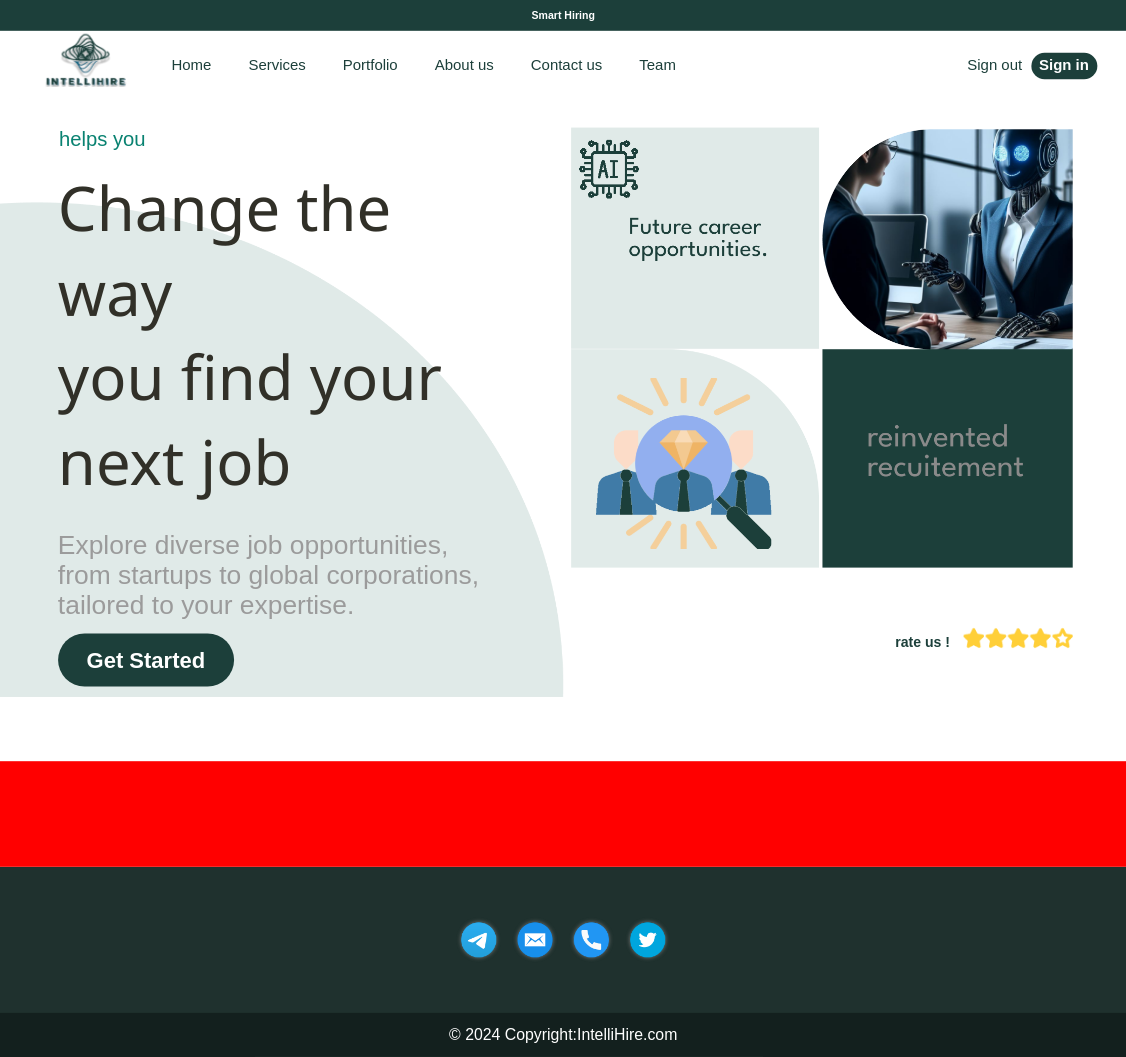
Repository: arijkl/Projet-PFA
Page: HomePage.html
The author's editor kept a copy of each file at every save. The page is drawn from the files as they stood at one save, then again after the next save.
The browser window is 1280 px wide. The pictures show the whole page, at 88% of full size.

Above is the page before, as saved 2024-04-22 00:09:21.

### HomePage.html
<!DOCTYPE html>
<html lang="en">

<head>
    <meta charset="UTF-8" />
    <meta name="viewport" content="width=device-width, initial-scale=1.0" />
    <title>Document</title>
    <link rel="stylesheet" href="HomePage.css" />
</head>

<body>
    <nav class="beforeNav">
        <span>Smart Hiring</span>
    </nav>
    <nav class="navBar">
        <span class="Mainlogo"><img src="Assets/mainlogo.png" alt="" /></span>
        <ul>
            <li><a href="">Home</a></li>
            <li><a href="">Services</a></li>
            <li><a href="">Portfolio</a></li>
            <li><a href="">About us</a></li>
            <li><a href="">Contact us</a></li>
            <li><a href="">Team</a></li>
        </ul>
        <span class="signin-out">
            <a href="">Sign out</a>
            <a href="" class="sign-in">Sign in</a>
        </span>
    </nav>

    <div class="container">

        <div class="left-container">
            <div class="img-container" ></div>
            <span class="hepls-you">helps you</span>

            <h1>
                Change the way <br />
                you find your <br />
                next job
            </h1>
            <span class="paraetbtn">
            <p>
                Explore diverse job opportunities,<br />
                from startups to global corporations,<br />
                tailored to your expertise.
            </p>
            <button class="started-btn">Get Started</button>
            </span>
        </div>
        <div class="right-container">
            <img src="Assets/Home-right-image.png" alt="" class="imgRight" />
            <span>
                rate us !
                <img src="Assets/rate.png" alt="" class="rate-us" />
            </span>
        </div>

    </div>
    <div class="logo-societe-section">

    </div>

    <footer>
        <div class="icons">
            <button>
                <img src="Assets/tlg.png" alt="" />
            </button>
            <button>
                <img src="Assets/gm.png" alt="" />
            </button>
            <button>
                <img src="Assets/tel.png" alt="" />
            </button>
            <button>
                <img src="Assets/tt.png" alt="" />
            </button>

        </div>

        <span>
            © 2024 Copyright:
            <a href="#home">IntelliHire.com</a>
        </span>
    </footer>
</body>

</html>

### HomePage.css
* {
    margin: 0px;
    padding: 0px;
    font-family: 'Montserrat', sans-serif;
}

@font-face {
    font-family: 'Montserrat';
    src: url('https://fonts.googleapis.com/css2?family=Montserrat&display=swap');
    /* You can also host the font files locally and provide the path accordingly */
}




body {
    font-family: 'Montserrat', sans-serif;
    background: white;
    color: #1C3F3A;
    height: 100vh;
    width: 100%;

}

/*                                   Hero section                              */
.beforeNav {
    background-color: #1C3F3A;
    height: 35px;
    color: white;
    display: flex;
    justify-content: space-around;
    align-items: center;
    font-weight: 550;
    font-size: 12px;

}
/*                                  navigation bar                              */
.Mainlogo {
    height: 100%;
    width: 15%;

}

.Mainlogo img {
    position: absolute;
    height: 100px;
    width: 150px;

}

.navBar {

    height: 80px;
    display: flex;
    justify-content: space-between;
    margin-left: 20px;
    margin-right: 20px;
    font-weight: 500;



}

.navBar ul {
    display: flex;
    justify-content: space-around;
    align-items: center;
    width: 60%;
    list-style: none;
    margin-right: 25%;
    font-size: 17px;

}

.navBar ul li a {
    text-decoration: none;
    color: #1C3F3A;



}

.signin-out {
    display: flex;
    align-items: center;
    margin-right: 7px;
    width: 15%;



}

.signin-out a {
    text-decoration: none;
    font-size: 17px;

}

.signin-out a:first-child {
    color: #1C3F3A;

}

.sign-in {
    display: flex;
    justify-content: center;
    align-items: center;
    width: 75px;
    height: 30px;
    font-weight: 550;
    margin-left: 10px;
    color: white;
    background-color: #1C3F3A;
    border-radius: 15px;



}
/*                                  main content                           */
.container{
    display: flex;
    justify-content: space-between;
    align-items:center;
    height: 100%;
    margin-left: 50px;
    margin-right: 61.5px;
    margin-top:30px;

    z-index:777;
}

.left-container{
    height: 100%;
    width:45%;
    display: flex;
    flex-direction: column;
    justify-content:space-evenly;


}
.img-container{
    background-color: transparent;
    position:absolute;
    left:0px;
    top:230px;
    height:80% ;
    width:50%;

    margin-left: 0px;
    background-image : url(Assets/bg.png);
    background-size: contain;
    background-repeat: no-repeat;
    z-index: -999999;


}
/*      right content           */
.right-container{
    height: 100%;
    width:45%;
    display: flex;
    flex-direction: column;
    justify-content:space-between;
    align-items:flex-end;
}
.imgRight{

    height:500px;
    width:570px;

}
.right-container span{
    display:flex;
    justify-content: space-around;
    align-items:flex-end;
    gap:15px;
    margin-bottom:24%;
    font-weight:bold;
}
/*      left content           */
.hepls-you{
    margin-left:17px;
    font-size: 23px;
    color:#098271;
}
.left-container h1{

    font-size:70px;
    padding:3% ;
    font-family:'Segoe UI', Tahoma, Geneva, Verdana, sans-serif;
    color:#313028;
    font-weight: 500;
}
.paraetbtn{
    margin-bottom:120px;
    padding: 20px;
    color:#9B9B9B;
    padding:3%;
    font-size:30px;
}
.started-btn{
    margin-top:15px;
    margin-bottom: 20px;
    height:60px;
    width:200px;
    font-size: 25px;
    font-weight: bold;
    color:white;
    background-color:#1C3F3A;
    border:none;
    border-radius: 50px;

}
/*                                  section logo societe                                    */
.logo-societe-section{
    position:relative;
    background-color:red;
    height:120px;
    margin-top:0%;

}

/*                                  footer                                    */
footer{

    background-color:#1f312e;
    height:30%;
    color:white;
    display: flex;
    flex-direction: column;
    justify-content: flex-end;
    align-items:center;


}
.icons{
    display: flex;
    justify-content: space-around;
    align-items: center;
    height:100%;
    width:20%;
}
.icons button{
    background-color:#1f312e;;
    height:40px;
    width:40px;
    border:none;
    box-shadow: 0px 0px 5px 0px rgba(148, 142, 142, 0.797);
    border-radius:50%;
}
.icons button img{

   height:100%;
   width: auto;
}


footer span{
    background-color:#13201e;
    width:100%;
    height:30%;
    margin-top: 0%;
    display: flex;
    justify-content: center;
    align-items:center;
    font-size: large;
}
footer span a{
    color:white;
    text-decoration: none;
    text-align: center;
}

After the next save:
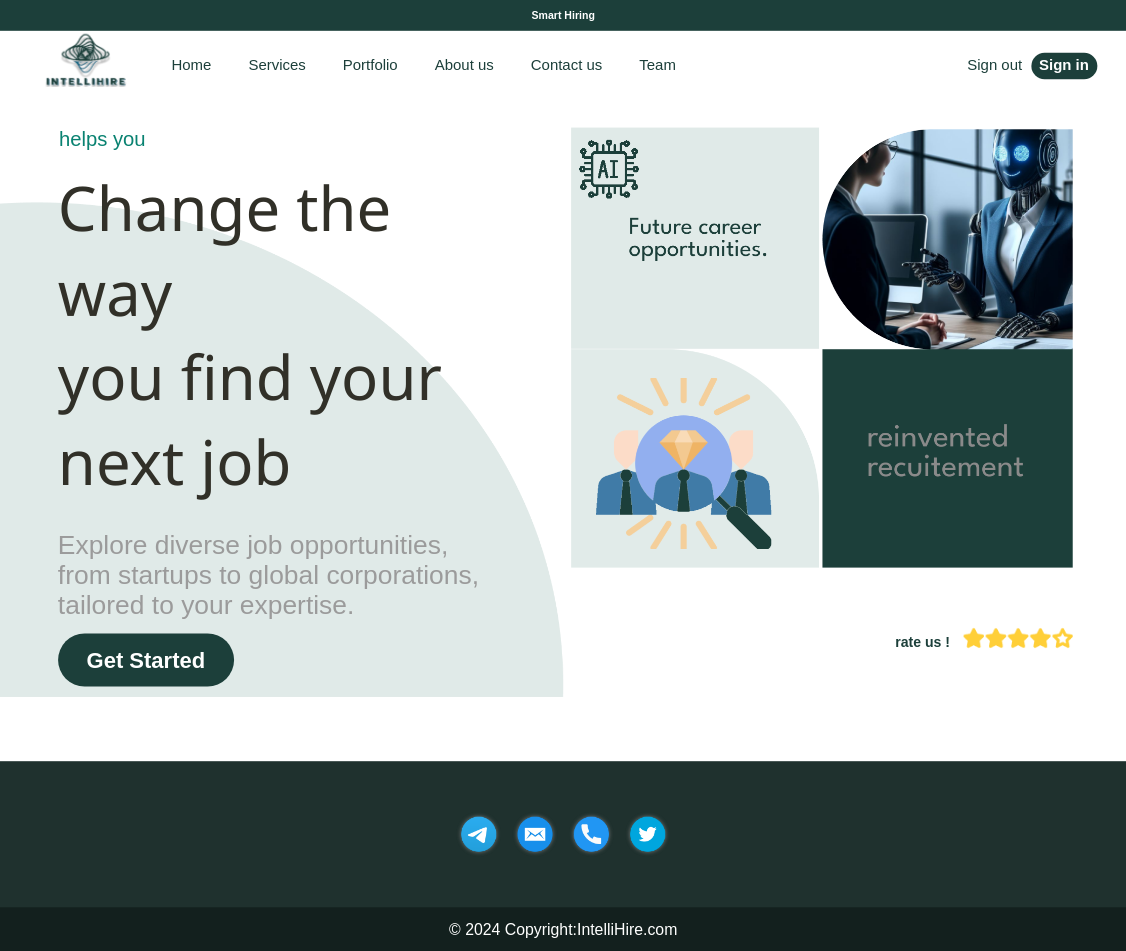
Saved 15 s later.
--- a/HomePage.css
+++ b/HomePage.css
@@ -213,7 +213,8 @@
 }
 /*                                  section logo societe                                    */
 .logo-societe-section{
-    position:relative;
+    position:absolute;
+    top:0px;
     background-color:red;
     height:120px;
     margin-top:0%;

After the save that followed:
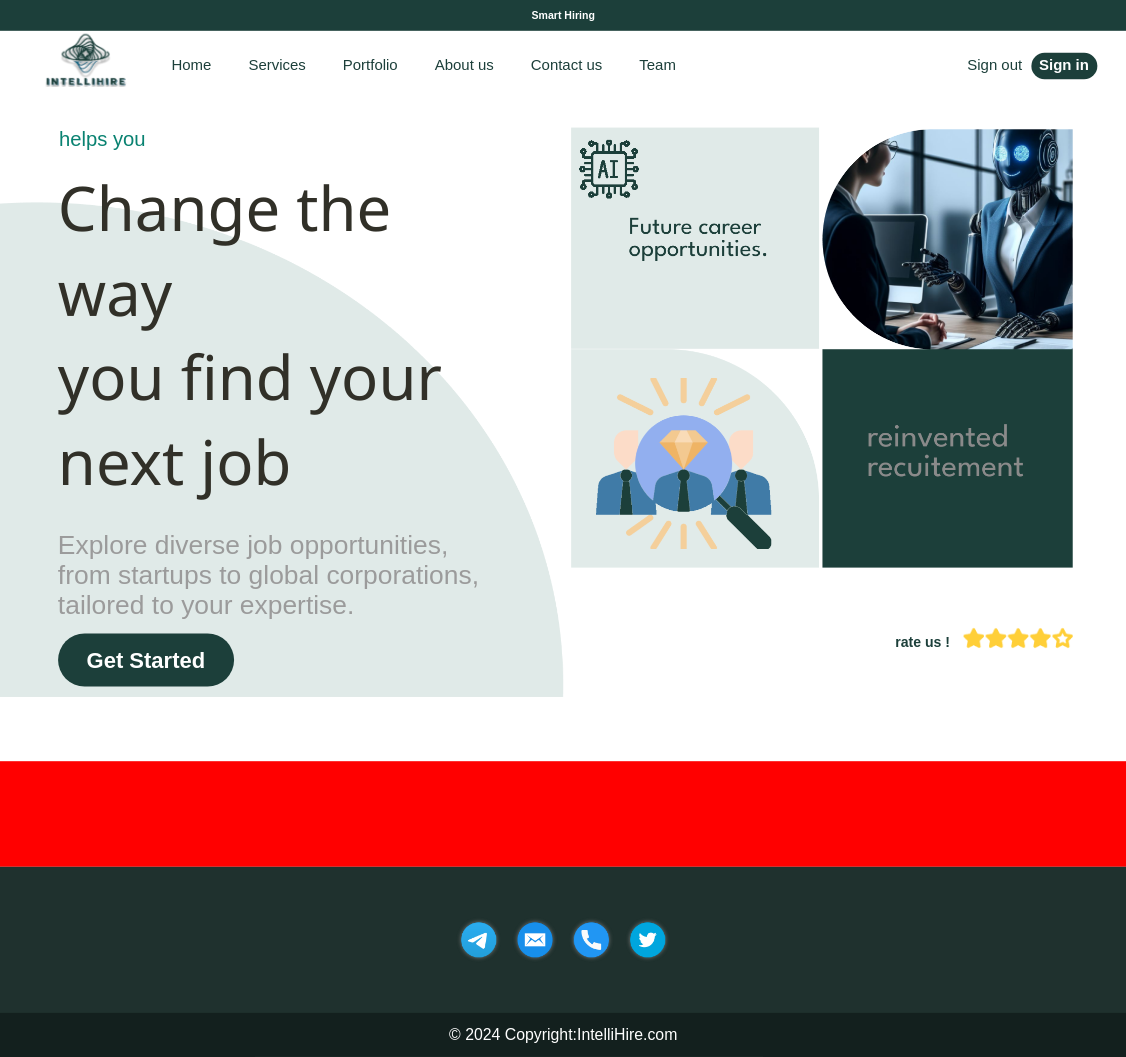
Saved 10 s later.
--- a/HomePage.css
+++ b/HomePage.css
@@ -213,8 +213,7 @@
 }
 /*                                  section logo societe                                    */
 .logo-societe-section{
-    position:absolute;
-    top:0px;
+
     background-color:red;
     height:120px;
     margin-top:0%;
